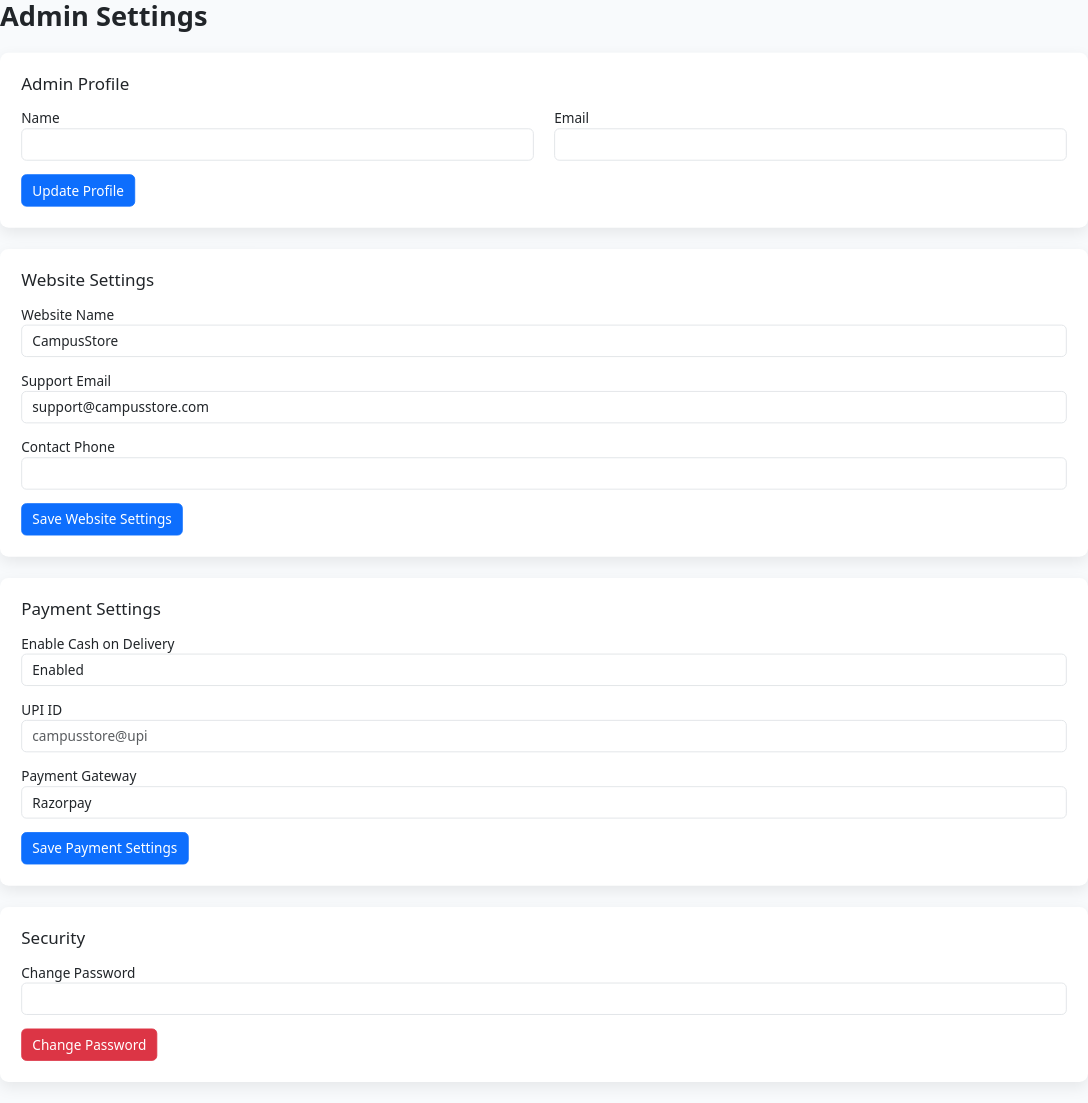
Repository: Kanika0004/CampusStore
Page: admin/settings.html
The author's editor kept a copy of each file at every save. The page is drawn from the files as they stood at one save, then again after the next save.
The browser window is 1280 px wide. The pictures show the whole page, at 85% of full size.

Above is the page before, as saved 2026-03-18 21:39:49.

After the next save:
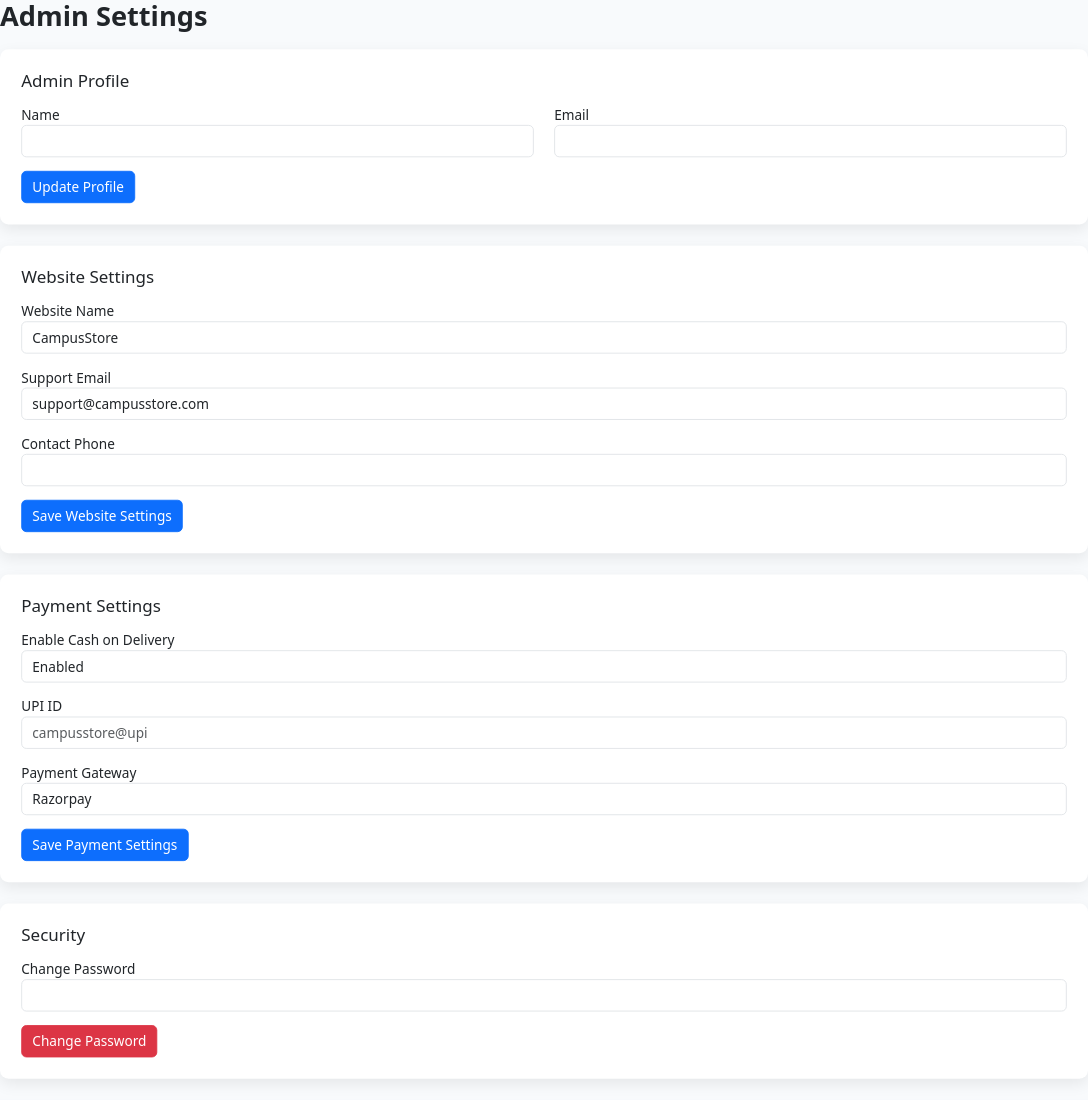
Saved 58 s later.
--- a/admin/settings.html
+++ b/admin/settings.html
@@ -35,7 +35,7 @@ margin-bottom:25px;
 <div class="container-padding">
     <div class="settings-container">
 
-    <h2 class="fw-bold mb-4">Admin Settings</h2>
+    <h2>Admin Settings</h2>
 
     <!-- ADMIN PROFILE -->
 
